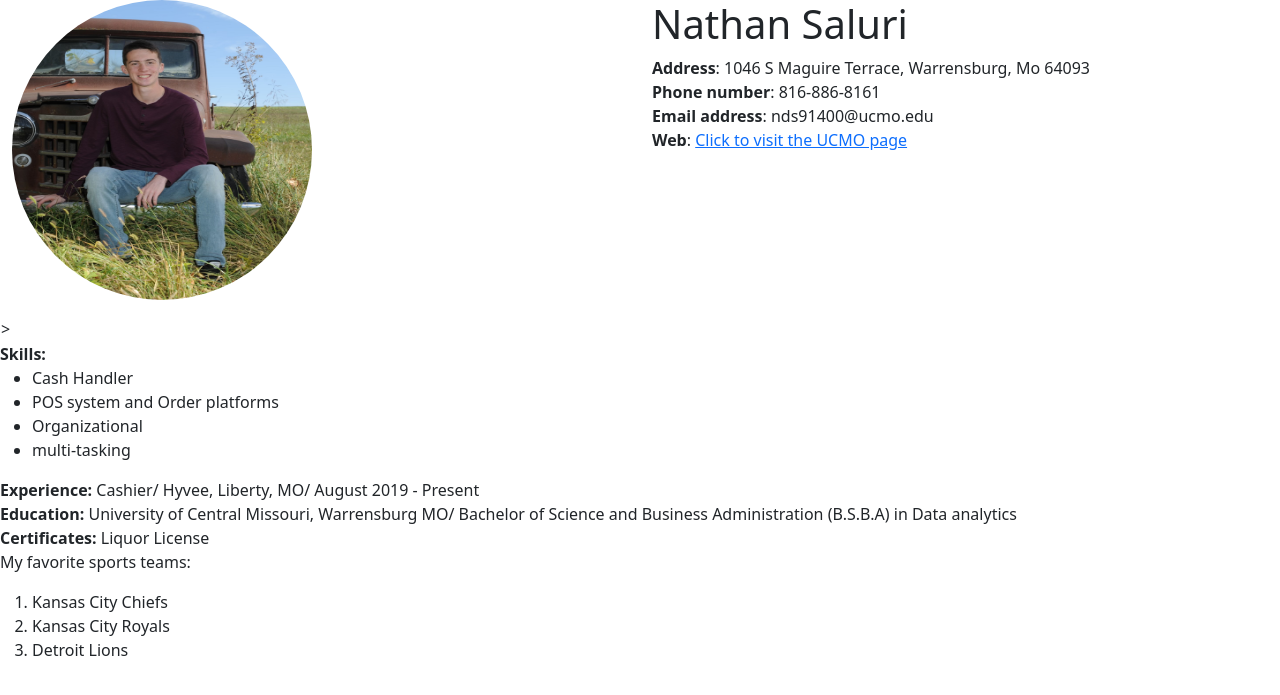
Repository: nds91400/spring-2023-cis2625-serverless
Page: lesson8/index.html
The author's editor kept a record of every edit. The page is drawn from the files as they stood at one moment, then again after the next edit.
The browser window is 1280 px wide. The pictures show the whole page.

Above is the page before.

### lesson8/index.html
<!doctype html>
<html lang="en">
  <head>
    <meta charset="utf-8">
    <meta name="viewport" content="width=device-width, initial-scale=1">
    <title>Bootstrap demo</title>
    <link href="https://cdn.jsdelivr.net/npm/bootstrap@5.3.0-alpha1/dist/css/bootstrap.min.css" rel="stylesheet" integrity="sha384-GLhlTQ8iRABdZLl6O3oVMWSktQOp6b7In1Zl3/Jr59b6EGGoI1aFkw7cmDA6j6gD" crossorigin="anonymous">
  </head>
  <body>
      <div class="container-fluid">
  <div class="row">
    <div class="col-sm-3 col-md-6">
      <p><img src="img/Saluri1.jpg" class="rounded-circle" alt="Nate Saluri Picture" height="300" width="300"</p>
    </div>
    <div class="col-sm-9 col-md-6">
    <h1>Nathan Saluri</h1>
<b>Address</b>: 1046 S Maguire Terrace, Warrensburg, Mo 64093</br>
<b>Phone number</b>: 816-886-8161</br>
<b>Email address</b>: nds91400@ucmo.edu</br>
<b>Web</b>: <a href="http://www.ucmo.edu">Click to visit the UCMO page</a></br>
    </div>
    <div class="row">
        <div class="col-sm">

        </div>
    </div>
  </div>
</div>

<table name="top" id="top">
<tr>
<td>></td>
<td>
</td>
</tr>
</table>

<b>Skills:</b>
<ul><li>Cash Handler</li>
<li>POS system and Order platforms</li>
<li>Organizational</li>
<li>multi-tasking</li>
</ul>
<b>Experience:</b> Cashier/ Hyvee, Liberty, MO/ August 2019 - Present </br>
<b>Education:</b> University of Central Missouri, Warrensburg MO/ Bachelor of Science and Business Administration (B.S.B.A) in Data analytics </br>
<b>Certificates:</b> Liquor License </br>

<p>My favorite sports teams:</p>
<ol>
    <li>Kansas City Chiefs</li>
    <li>Kansas City Royals</li>
    <li>Detroit Lions</li>
</ol>


</body>
</html>

After the next edit:
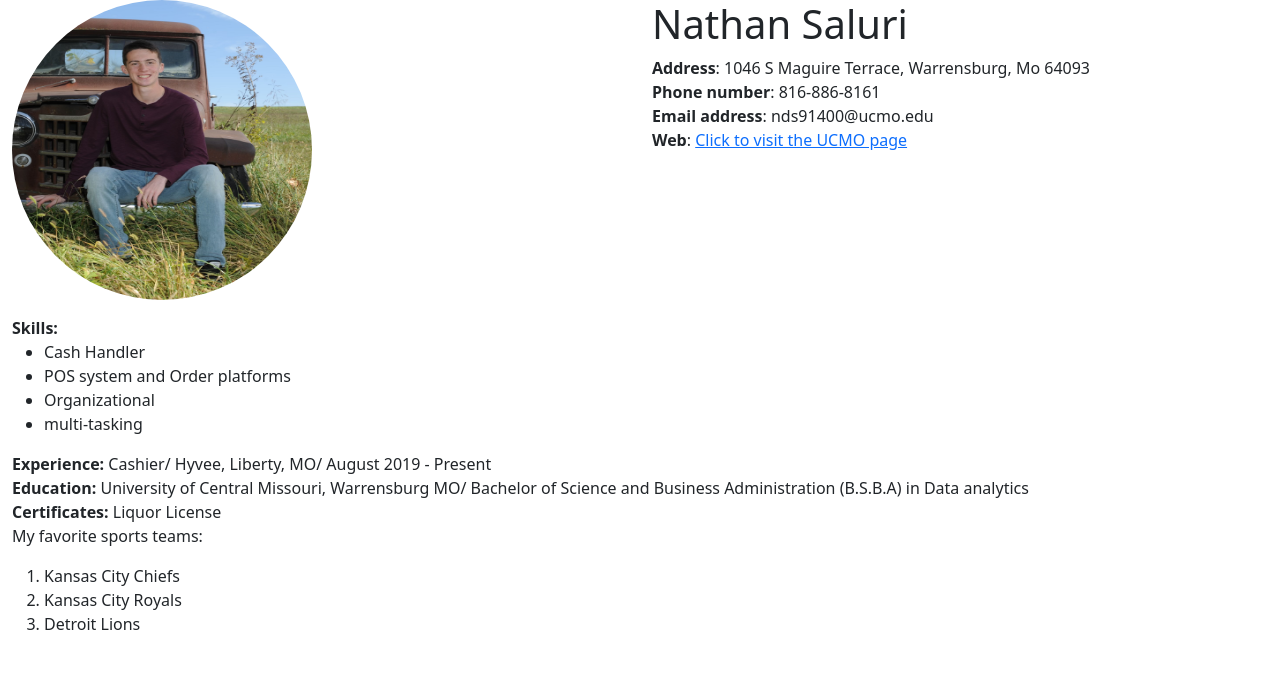
The edit:
--- a/lesson8/index.html
+++ b/lesson8/index.html
@@ -21,21 +21,7 @@
     </div>
     <div class="row">
         <div class="col-sm">
-
-        </div>
-    </div>
-  </div>
-</div>
-
-<table name="top" id="top">
-<tr>
-<td>></td>
-<td>
-</td>
-</tr>
-</table>
-
-<b>Skills:</b>
+          <b>Skills:</b>
 <ul><li>Cash Handler</li>
 <li>POS system and Order platforms</li>
 <li>Organizational</li>
@@ -52,6 +38,13 @@
     <li>Detroit Lions</li>
 </ol>
 
+        </div>
+    </div>
+  </div>
+</div>
+
+
+
 
 </body>
 </html>
